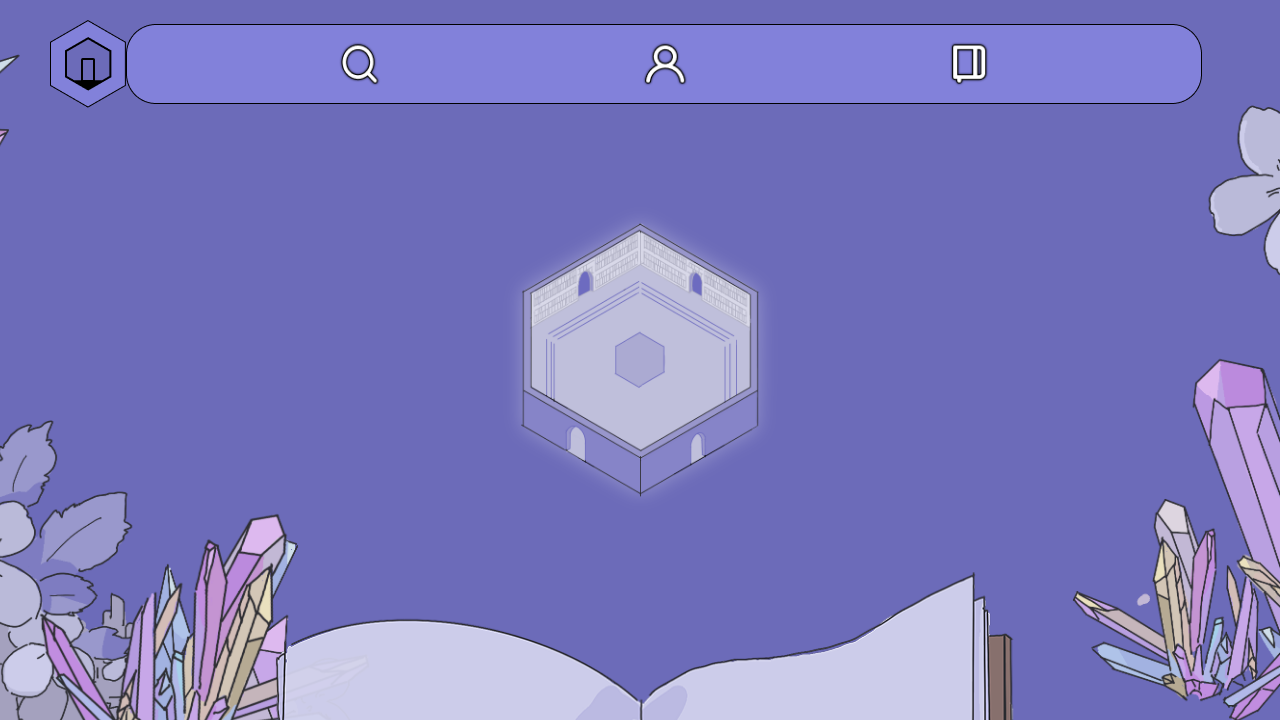
Repository: carolmmc/BabelLibrary
Page: find.html
The author's editor kept a copy of each file at every save. The page is drawn from the files as they stood at one save, then again after the next save.
The browser window is 1280 px wide. The pictures show the window.
A layer covers the whole window, so only the first screen is drawn.

Above is the page before, as saved 2025-05-07 23:52:13.

### find.html
<!DOCTYPE html>
<html lang="zh-CN">
<head>
    <meta charset="UTF-8">
    <meta name="viewport" content="width=device-width, initial-scale=1.0">
    <style>
        * {
            margin: 0;
            padding: 0;
            box-sizing: border-box;
        }

        body {
            background: #6C6BB9;
            min-height: 100vh;
            font-family: 'PingFang SC', 'Microsoft YaHei', sans-serif;
        }

        .header {
            display: flex;
            justify-content: space-between;
            align-items: center;
            padding: 20px 50px;
            position: fixed;
            top: 0;
            left: 0;
            right: 0;
            z-index: 100;
        }

        .logo {
            width: 75.892px;
            height: 87.633px;
            flex-shrink: 0;
            object-fit: contain; /* 保持图片比例 */
        }

        /* 导航栏容器 */
        .nav-container {
            position: relative;
            width: 1076px;
            height: 80px;
        }

        /* 导航图标容器 */
        .nav-icons {
            position: absolute;
            top: 50%;
            left: 50%;
            transform: translate(-50%, -50%);
            display: flex;
            justify-content: space-between; /* 改用 space-between 实现均匀分布 */
            width: 60%; /* 控制图标分布的整体宽度范围 */
            z-index: 2;
        }

        /* 导航图标通用样式 */
        .nav-icon {
            flex-shrink: 0;
            cursor: pointer;
            filter: drop-shadow(0px 0px 1px #000);
            transition: transform 0.3s ease; /* 将过渡效果移到这里 */
        }

        /* 搜索图标 */
        .find-icon {
            width: 37px;
            height: 39px;
        }

        /* 我的图标 */
        .mine-icon {
            width: 40px;
            height: 39px;
        }

        /* 书架图标 */
        .shelf-icon {
            width: 34px;
            height: 39px;
        }

        /* 图标悬停效果 */
        .nav-icon:hover {
            transform: scale(1.1);
        }

        .content-center {
            position: absolute;
            top: 50%;
            left: 50%;
            transform: translate(-50%, -50%);
            text-align: center;
            width: 100%;
            display: flex;
            justify-content: center;
            align-items: center;
            height: 100vh;
        }

        .find-image-container {
            display: flex;
            width: 800px;  /* 增加宽度 */
            height: 800px; /* 增加高度，保持近似正方形 */
            flex-direction: column;
            justify-content: center;
            align-items: center;
            flex-shrink: 0;
            aspect-ratio: 1/1;  /* 修改为正方形比例 */
            padding: 20px;  /* 添加内边距 */
        }

        .find-main-image {
            width: 100%;
            height: 100%;
            object-fit: contain;
            filter: drop-shadow(0 0 10px rgba(255, 255, 255, 0.3));  /* 添加微光效果 */
        }

        /* 底部装饰图样式 */
        .bottom-decoration {
            position: fixed;
            bottom: 0;
            left: 50%;
            transform: translateX(-50%);  /* 居中定位 */
            width: 1526px;  /* 使用原始宽度 */
            height: 859px;  /* 使用原始高度 */
            background: url('homepage frame1.png') bottom center no-repeat;
            background-size: contain;  /* 确保图片完整显示 */
            z-index: 1;
            animation: breath-animation 4s ease-in-out infinite;
        }

        /* 添加第二个装饰图样式 */
        .decoration-frame2 {
            position: fixed;
            bottom: 0;
            left: 50%;
            transform: translateX(-50%);
            width: 775px;
            height: 155px;
            flex-shrink: 0;
            aspect-ratio: 5/1;
            background: url('homepageframe2.png') center no-repeat;
            background-size: contain;
            z-index: 2; /* 确保显示在第一个装饰图之上 */
            animation: breath-animation 4s ease-in-out infinite;
        }

        /* 修改呼吸动画 */
        @keyframes breath-animation {
            0%, 100% {
                opacity: 0.9;
                transform: translateX(-50%) scale(1);  /* 保持居中的同时缩放 */
            }
            50% {
                opacity: 1;
                transform: translateX(-50%) scale(1.02);
            }
        }
    </style>
</head>
<body>
    <header class="header">
        <img src="logo.png" alt="巴别插画 Logo" class="logo">
        <div class="nav-container">
            <img src="navigate background.png" alt="导航栏" class="nav-background">
            <div class="nav-icons">
                <img src="find.png" alt="搜索" class="nav-icon find-icon">
                <img src="mine.png" alt="我的" class="nav-icon mine-icon">
                <img src="shelf.png" alt="书架" class="nav-icon shelf-icon">
            </div>
        </div>
        <div style="width: 150px;"></div>
    </header>

    <div class="content-center">
        <div class="find-image-container">
            <img src="find1.png" alt="查找" class="find-main-image">
        </div>
    </div>
    <div class="bottom-decoration"></div>
    <div class="decoration-frame2"></div>
</body>
</html>

After the next save:
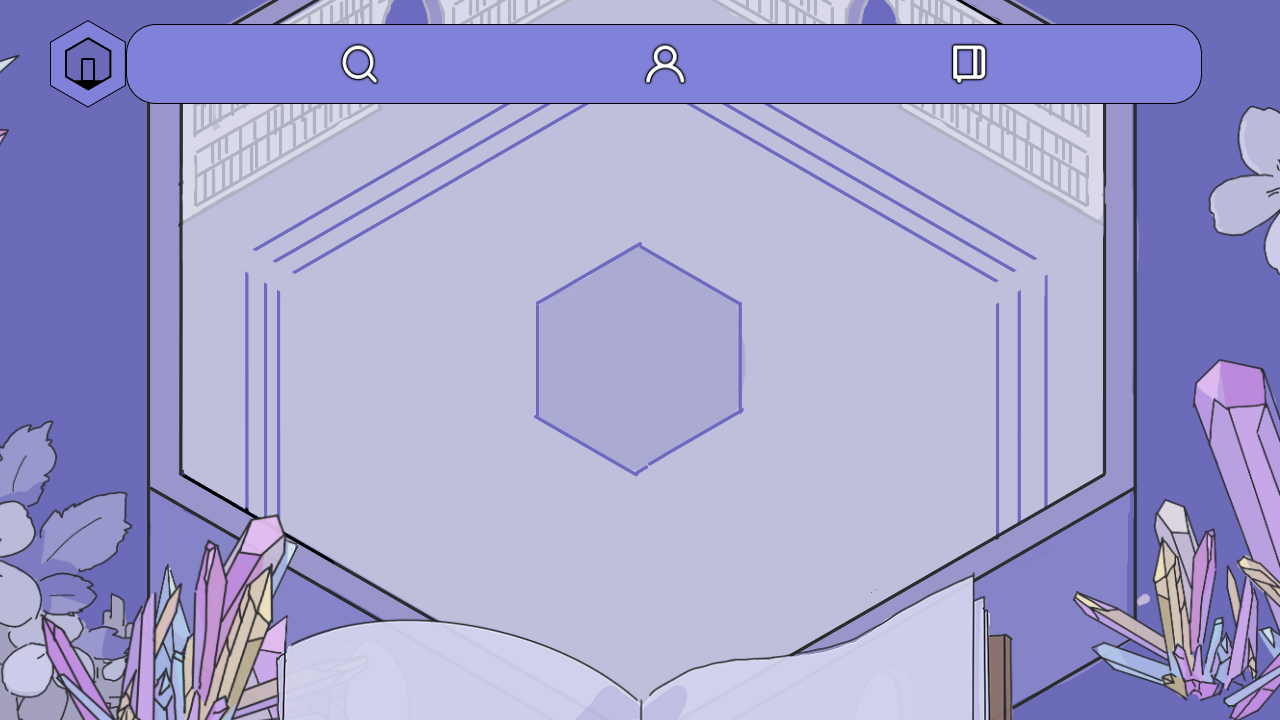
Saved 10 h 59 min later.
--- a/find.html
+++ b/find.html
@@ -99,23 +99,48 @@
         }
 
         .find-image-container {
-            display: flex;
-            width: 800px;  /* 增加宽度 */
-            height: 800px; /* 增加高度，保持近似正方形 */
+            position: relative; /* 添加相对定位 */
+            display: flex;
+            width: 800px;
+            height: 800px;
             flex-direction: column;
             justify-content: center;
             align-items: center;
             flex-shrink: 0;
-            aspect-ratio: 1/1;  /* 修改为正方形比例 */
-            padding: 20px;  /* 添加内边距 */
-        }
-
-        .find-main-image {
+            aspect-ratio: 1/1;
+            padding: 20px; /* 添加内边距 */
+        }
+
+        /* 添加六边形相关样式 */
+        .second-layer {
+            display: none;
+            position: absolute;
+            width: 100px;
+            height: 100px;
+            clip-path: polygon(50% 0%, 100% 25%, 100% 75%, 50% 100%, 0% 75%, 0% 25%);
+            transition: all 0.5s ease;
+            overflow: hidden;
+        }
+
+        .second-layer img {
             width: 100%;
             height: 100%;
-            object-fit: contain;
-            filter: drop-shadow(0 0 10px rgba(255, 255, 255, 0.3));  /* 添加微光效果 */
-        }
+            object-fit: cover;
+        }
+
+        .second-layer.active {
+            display: block;
+            opacity: 1;
+            transform: scale(1.2);
+        }
+
+        /* 设置六个小六边形的位置 */
+        .second-layer:nth-child(1) { top: -100px; left: calc(50% - 50px); }
+        .second-layer:nth-child(2) { top: -50px; left: calc(50% + 90px); }
+        .second-layer:nth-child(3) { top: 50px; left: calc(50% + 90px); }
+        .second-layer:nth-child(4) { top: 100px; left: calc(50% - 50px); }
+        .second-layer:nth-child(5) { top: 50px; left: calc(50% - 190px); }
+        .second-layer:nth-child(6) { top: -50px; left: calc(50% - 190px); }
 
         /* 底部装饰图样式 */
         .bottom-decoration {
@@ -177,9 +202,52 @@
     <div class="content-center">
         <div class="find-image-container">
             <img src="find1.png" alt="查找" class="find-main-image">
+            <!-- 添加六个小六边形 -->
+            <div class="second-layer">
+                <img src="road1.png" alt="Small Hexagon 1">
+            </div>
+            <div class="second-layer">
+                <img src="road1.png" alt="Small Hexagon 2">
+            </div>
+            <div class="second-layer">
+                <img src="road1.png" alt="Small Hexagon 3">
+            </div>
+            <div class="second-layer">
+                <img src="road1.png" alt="Small Hexagon 4">
+            </div>
+            <div class="second-layer">
+                <img src="road1.png" alt="Small Hexagon 5">
+            </div>
+            <div class="second-layer">
+                <img src="road1.png" alt="Small Hexagon 6">
+            </div>
         </div>
     </div>
     <div class="bottom-decoration"></div>
     <div class="decoration-frame2"></div>
+    <script>
+        document.addEventListener('DOMContentLoaded', function () {
+            const mainHexagon = document.querySelector('.find-main-image');
+            const secondLayerHexagons = document.querySelectorAll('.second-layer');
+            let isExpanded = false;
+
+            mainHexagon.addEventListener('click', function () {
+                if (!isExpanded) {
+                    // 展开小六边形
+                    secondLayerHexagons.forEach((hex, index) => {
+                        setTimeout(() => {
+                            hex.classList.add('active');
+                        }, index * 200);
+                    });
+                } else {
+                    // 收起小六边形
+                    secondLayerHexagons.forEach((hex) => {
+                        hex.classList.remove('active');
+                    });
+                }
+                isExpanded = !isExpanded;
+            });
+        });
+    </script>
 </body>
 </html>

After the save that followed:
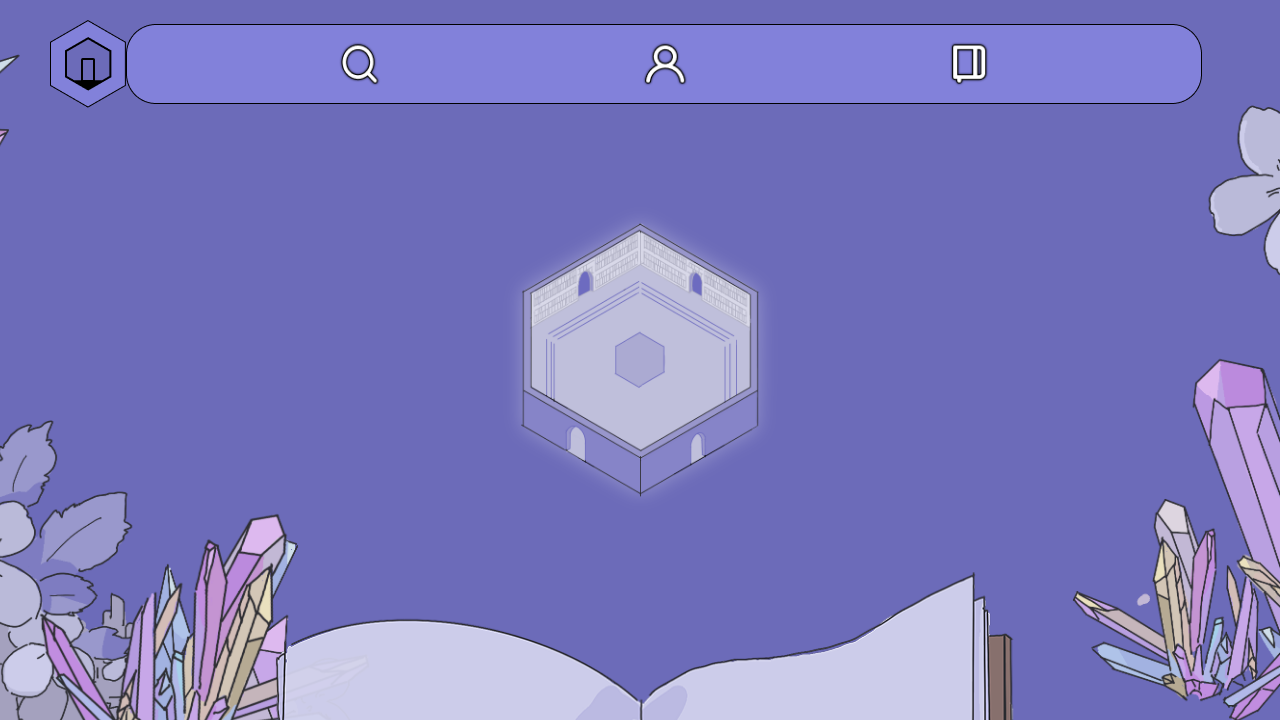
Saved 24 s later.
--- a/find.html
+++ b/find.html
@@ -99,48 +99,23 @@
         }
 
         .find-image-container {
-            position: relative; /* 添加相对定位 */
             display: flex;
-            width: 800px;
-            height: 800px;
+            width: 800px;  /* 增加宽度 */
+            height: 800px; /* 增加高度，保持近似正方形 */
             flex-direction: column;
             justify-content: center;
             align-items: center;
             flex-shrink: 0;
-            aspect-ratio: 1/1;
-            padding: 20px; /* 添加内边距 */
+            aspect-ratio: 1/1;  /* 修改为正方形比例 */
+            padding: 20px;  /* 添加内边距 */
         }
 
-        /* 添加六边形相关样式 */
-        .second-layer {
-            display: none;
-            position: absolute;
-            width: 100px;
-            height: 100px;
-            clip-path: polygon(50% 0%, 100% 25%, 100% 75%, 50% 100%, 0% 75%, 0% 25%);
-            transition: all 0.5s ease;
-            overflow: hidden;
-        }
-
-        .second-layer img {
+        .find-main-image {
             width: 100%;
             height: 100%;
-            object-fit: cover;
+            object-fit: contain;
+            filter: drop-shadow(0 0 10px rgba(255, 255, 255, 0.3));  /* 添加微光效果 */
         }
-
-        .second-layer.active {
-            display: block;
-            opacity: 1;
-            transform: scale(1.2);
-        }
-
-        /* 设置六个小六边形的位置 */
-        .second-layer:nth-child(1) { top: -100px; left: calc(50% - 50px); }
-        .second-layer:nth-child(2) { top: -50px; left: calc(50% + 90px); }
-        .second-layer:nth-child(3) { top: 50px; left: calc(50% + 90px); }
-        .second-layer:nth-child(4) { top: 100px; left: calc(50% - 50px); }
-        .second-layer:nth-child(5) { top: 50px; left: calc(50% - 190px); }
-        .second-layer:nth-child(6) { top: -50px; left: calc(50% - 190px); }
 
         /* 底部装饰图样式 */
         .bottom-decoration {
@@ -202,52 +177,9 @@
     <div class="content-center">
         <div class="find-image-container">
             <img src="find1.png" alt="查找" class="find-main-image">
-            <!-- 添加六个小六边形 -->
-            <div class="second-layer">
-                <img src="road1.png" alt="Small Hexagon 1">
-            </div>
-            <div class="second-layer">
-                <img src="road1.png" alt="Small Hexagon 2">
-            </div>
-            <div class="second-layer">
-                <img src="road1.png" alt="Small Hexagon 3">
-            </div>
-            <div class="second-layer">
-                <img src="road1.png" alt="Small Hexagon 4">
-            </div>
-            <div class="second-layer">
-                <img src="road1.png" alt="Small Hexagon 5">
-            </div>
-            <div class="second-layer">
-                <img src="road1.png" alt="Small Hexagon 6">
-            </div>
         </div>
     </div>
     <div class="bottom-decoration"></div>
     <div class="decoration-frame2"></div>
-    <script>
-        document.addEventListener('DOMContentLoaded', function () {
-            const mainHexagon = document.querySelector('.find-main-image');
-            const secondLayerHexagons = document.querySelectorAll('.second-layer');
-            let isExpanded = false;
-
-            mainHexagon.addEventListener('click', function () {
-                if (!isExpanded) {
-                    // 展开小六边形
-                    secondLayerHexagons.forEach((hex, index) => {
-                        setTimeout(() => {
-                            hex.classList.add('active');
-                        }, index * 200);
-                    });
-                } else {
-                    // 收起小六边形
-                    secondLayerHexagons.forEach((hex) => {
-                        hex.classList.remove('active');
-                    });
-                }
-                isExpanded = !isExpanded;
-            });
-        });
-    </script>
 </body>
 </html>
